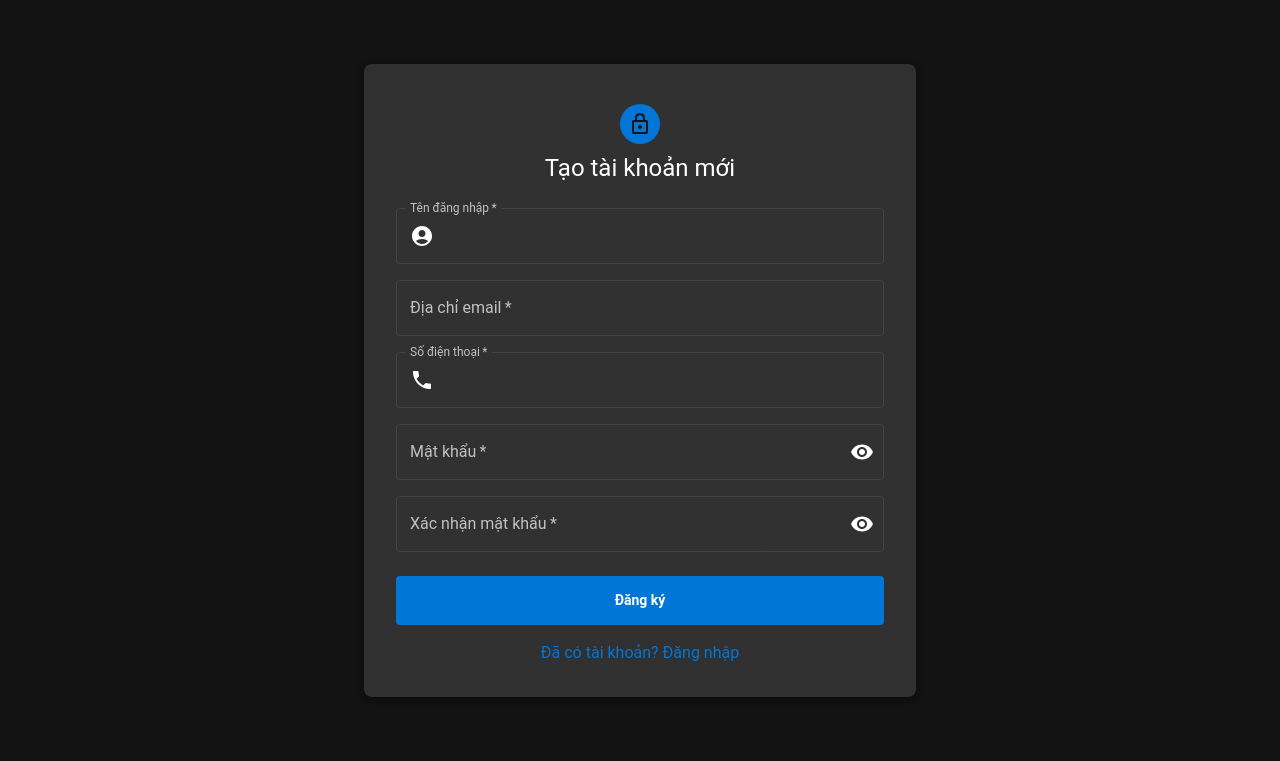
Repository: thtrunghau/ecommerce-ui-dacntt
Page: /auth/register
The author's editor kept a copy of each file at every save. The page is drawn from the files as they stood at one save, then again after the next save.
The browser window is 1280 px wide. The pictures show the whole page.
The project was rebuilt for these pictures with package versions that can differ from the ones it lists, and the page was loaded fresh each time. Also part of the build but not shown: vite.config.ts, src/mockData/mockData.ts, src/utils/helpers.ts, src/components/shared/NavDropdown.tsx, src/components/shared/UserMenu.tsx, src/components/shared/Header.tsx, src/components/common/RoundedButton.tsx, src/components/features/home/HeroSection.tsx and 7 more.

Above is the page before, as saved 2025-06-13 00:19:19.

### src/index.css
@tailwind base;
@tailwind components;
@tailwind utilities;

/* Custom line clamp utilities */
.line-clamp-2 {
  display: -webkit-box;
  -webkit-line-clamp: 2;
  -webkit-box-orient: vertical;
  overflow: hidden;
}

/* Animation utilities */
@keyframes fade-in-up {
  from {
    opacity: 0;
    transform: translateY(20px);
  }
  to {
    opacity: 1;
    transform: translateY(0);
  }
}

.animate-fade-in-up {
  animation: fade-in-up 0.6s ease-out;
}

### src/App.tsx
import { BrowserRouter as Router, Routes, Route } from "react-router-dom";
import Header from "./components/shared/Header";
import Home from "./pages/Home";
import Footer from "./components/shared/Footer";
import { AuthProvider } from "./contexts/AuthContext";
import Register from "./pages/auth/Register";
import Login from "./pages/auth/Login";
import RegisterStandalone from "./pages/auth/RegisterStandalone";
import LoginStandalone from "./pages/auth/LoginStandalone";

export default function App() {
  return (
    <AuthProvider>
      <Router>
        {" "}
        <Routes>
          {" "}
          {/* Auth routes */}
          <Route path="/auth">
            <Route path="register" element={<RegisterStandalone />} />
            <Route path="login" element={<LoginStandalone />} />
          </Route>
          {/* Main layout routes with header/footer */}
          <Route
            path="/*"
            element={
              <div className="flex min-h-screen flex-col">
                <Header />
                <main className="flex-grow pt-24 lg:pt-28">
                  <Routes>
                    <Route path="/" element={<Home />} />
                    <Route path="/register" element={<Register />} />
                    <Route path="/login" element={<Login />} />
                    {/* Add other routes here as needed */}
                  </Routes>
                </main>
                <Footer />
              </div>
            }
          />
        </Routes>
      </Router>
    </AuthProvider>
  );
}

### src/contexts/AuthContext.tsx
import {
  createContext,
  useContext,
  useState,
  type ReactNode,
  useMemo,
} from "react";

interface User {
  id: string;
  username: string;
  email: string;
  phone?: string; // Thêm trường số điện thoại
  name?: string;
  avatar?: string;
}

interface AuthContextType {
  isAuthenticated: boolean;
  user: User | null;
  login: (user: User) => void;
  logout: () => void;
  register: (user: User) => void;
}

const AuthContext = createContext<AuthContextType | undefined>(undefined);

export const AuthProvider = ({ children }: { children: ReactNode }) => {
  const [user, setUser] = useState<User | null>(null);

  // Kiểm tra trạng thái xác thực từ localStorage khi khởi động
  const isAuthenticated = Boolean(user);

  const login = (userData: User) => {
    setUser(userData);
    localStorage.setItem("user", JSON.stringify(userData));
  };

  const logout = () => {
    setUser(null);
    localStorage.removeItem("user");
  };

  const register = (userData: User) => {
    // Trong thực tế, đây là nơi bạn sẽ gọi API đăng ký
    setUser(userData);
    localStorage.setItem("user", JSON.stringify(userData));
  };

  const value = useMemo(
    () => ({
      isAuthenticated,
      user,
      login,
      logout,
      register,
    }),
    [isAuthenticated, user],
  );

  return <AuthContext.Provider value={value}>{children}</AuthContext.Provider>;
};

export const useAuth = () => {
  const context = useContext(AuthContext);
  if (context === undefined) {
    throw new Error("useAuth must be used within an AuthProvider");
  }
  return context;
};

### src/pages/auth/RegisterStandalone.tsx
import React, { useState } from "react";
import { Link, useNavigate } from "react-router-dom";
import {
  Container,
  Box,
  Typography,
  TextField,
  Button,
  Paper,
  Avatar,
  IconButton,
  InputAdornment,
  ThemeProvider,
  createTheme,
  CssBaseline,
  Alert,
} from "@mui/material";
import {
  Visibility,
  VisibilityOff,
  AccountCircle,
  LockOutlined,
  Phone as PhoneIcon,
} from "@mui/icons-material";
import useAuthStore from "../../store/authStore";

const darkTheme = createTheme({
  palette: {
    mode: "dark",
    primary: { main: "#0076d7" },
    secondary: { main: "#30336b" },
    background: { default: "#121212", paper: "#1e1e1e" },
  },
  typography: {
    fontFamily: '"Samsung One", "Roboto", "Helvetica", "Arial", sans-serif',
  },
  components: {
    MuiTextField: {
      styleOverrides: {
        root: {
          "& .MuiOutlinedInput-root": {
            "& fieldset": { borderRadius: "4px", borderColor: "#444" },
            "&:hover fieldset": { borderColor: "#666" },
            "&.Mui-focused fieldset": { borderColor: "#0076d7" },
          },
        },
      },
    },
    MuiButton: {
      styleOverrides: {
        root: {
          borderRadius: "4px",
          textTransform: "none",
          fontWeight: 600,
          boxShadow: "none",
          padding: "12px 24px",
          "&:hover": { boxShadow: "none" },
        },
        contained: {
          backgroundColor: "#0076d7",
          "&:hover": { backgroundColor: "#0067be" },
        },
      },
    },
  },
});

interface FormData {
  username: string;
  email: string;
  phone: string;
  dateOfBirth: string;
  password: string;
  confirmPassword: string;
}

const initialFormData: FormData = {
  username: "",
  email: "",
  phone: "",
  dateOfBirth: "",
  password: "",
  confirmPassword: "",
};

const RegisterStandalone: React.FC = () => {
  const navigate = useNavigate();
  const { register } = useAuthStore();
  const [formData, setFormData] = useState<FormData>(initialFormData);
  const [showPassword, setShowPassword] = useState<boolean>(false);
  const [showConfirmPassword, setShowConfirmPassword] =
    useState<boolean>(false);
  const [errors, setErrors] = useState<Partial<FormData>>({});
  const [formError, setFormError] = useState<string | null>(null);

  const handleChange = (e: React.ChangeEvent<HTMLInputElement>) => {
    const { name, value } = e.target;
    setFormData((prev) => ({ ...prev, [name]: value }));
    if (errors[name as keyof FormData]) {
      setErrors((prev) => ({ ...prev, [name]: undefined }));
    }
    if (formError) setFormError(null);
  };

  const validateForm = (): boolean => {
    const newErrors: Partial<FormData> = {};
    let isValid = true;
    if (!formData.username.trim()) {
      newErrors.username = "Tên đăng nhập là bắt buộc";
      isValid = false;
    } else if (formData.username.length < 3) {
      newErrors.username = "Tên đăng nhập phải có ít nhất 3 ký tự";
      isValid = false;
    }
    if (!formData.email.trim()) {
      newErrors.email = "Email là bắt buộc";
      isValid = false;
    } else {
      const emailRegex = /^[^\s@]+@[^\s@]+\.[^\s@]+$/;
      if (!emailRegex.test(formData.email)) {
        newErrors.email = "Email không hợp lệ";
        isValid = false;
      }
    }
    if (!formData.phone.trim()) {
      newErrors.phone = "Số điện thoại là bắt buộc";
      isValid = false;
    } else {
      const phoneRegex = /^0\d{9}$/;
      if (!phoneRegex.test(formData.phone)) {
        newErrors.phone =
          "Số điện thoại không hợp lệ (phải có 10 số và bắt đầu bằng 0)";
        isValid = false;
      }
    }
    if (!formData.password) {
      newErrors.password = "Mật khẩu là bắt buộc";
      isValid = false;
    } else if (formData.password.length < 6) {
      newErrors.password = "Mật khẩu phải có ít nhất 6 ký tự";
      isValid = false;
    }
    if (formData.password !== formData.confirmPassword) {
      newErrors.confirmPassword = "Mật khẩu xác nhận không khớp";
      isValid = false;
    }
    setErrors(newErrors);
    return isValid;
  };

  const handleSubmit = (e: React.FormEvent<HTMLFormElement>) => {
    e.preventDefault();
    if (validateForm()) {
      try {
        const newUser = {
          id: crypto.randomUUID(),
          username: formData.username,
          email: formData.email,
          phone: formData.phone,
        };
        register(newUser);
        navigate("/");
      } catch (error) {
        setFormError("Đã xảy ra lỗi khi đăng ký. Vui lòng thử lại.");
        console.error("Registration error:", error);
      }
    }
  };

  return (
    <ThemeProvider theme={darkTheme}>
      <CssBaseline />
      <Container component="main" maxWidth="sm" sx={{ mb: 8, mt: 8 }}>
        <Paper
          elevation={3}
          sx={{
            p: 4,
            display: "flex",
            flexDirection: "column",
            alignItems: "center",
            bgcolor: "background.paper",
            borderRadius: 2,
          }}
        >
          <Avatar sx={{ m: 1, bgcolor: "primary.main" }}>
            <LockOutlined />
          </Avatar>
          <Typography component="h1" variant="h5" sx={{ mb: 3 }}>
            Tạo tài khoản mới
          </Typography>
          {formError && (
            <Alert severity="error" sx={{ width: "100%", mb: 2 }}>
              {formError}
            </Alert>
          )}
          <Box component="form" onSubmit={handleSubmit} sx={{ width: "100%" }}>
            <div className="flex flex-col gap-4">
              <TextField
                name="username"
                required
                fullWidth
                id="username"
                label="Tên đăng nhập"
                value={formData.username}
                onChange={handleChange}
                error={Boolean(errors.username)}
                helperText={errors.username}
                InputProps={{
                  startAdornment: (
                    <InputAdornment position="start">
                      <AccountCircle sx={{ color: "action.active" }} />
                    </InputAdornment>
                  ),
                }}
              />
              <TextField
                required
                fullWidth
                id="email"
                label="Địa chỉ email"
                name="email"
                autoComplete="email"
                value={formData.email}
                onChange={handleChange}
                error={Boolean(errors.email)}
                helperText={errors.email}
              />
              <TextField
                required
                fullWidth
                id="phone"
                label="Số điện thoại"
                name="phone"
                autoComplete="tel"
                value={formData.phone}
                onChange={handleChange}
                error={Boolean(errors.phone)}
                helperText={errors.phone}
                InputProps={{
                  startAdornment: (
                    <InputAdornment position="start">
                      <PhoneIcon sx={{ color: "action.active" }} />
                    </InputAdornment>
                  ),
                }}
              />
              <TextField
                required
                fullWidth
                name="password"
                label="Mật khẩu"
                type={showPassword ? "text" : "password"}
                id="password"
                autoComplete="new-password"
                value={formData.password}
                onChange={handleChange}
                error={Boolean(errors.password)}
                helperText={errors.password}
                InputProps={{
                  endAdornment: (
                    <InputAdornment position="end">
                      <IconButton
                        aria-label="toggle password visibility"
                        onClick={() => setShowPassword(!showPassword)}
                        edge="end"
                      >
                        {showPassword ? <VisibilityOff /> : <Visibility />}
                      </IconButton>
                    </InputAdornment>
                  ),
                }}
              />
              <TextField
                required
                fullWidth
                name="confirmPassword"
                label="Xác nhận mật khẩu"
                type={showConfirmPassword ? "text" : "password"}
                id="confirmPassword"
                value={formData.confirmPassword}
                onChange={handleChange}
                error={Boolean(errors.confirmPassword)}
                helperText={errors.confirmPassword}
                InputProps={{
                  endAdornment: (
                    <InputAdornment position="end">
                      <IconButton
                        aria-label="toggle confirm password visibility"
                        onClick={() =>
                          setShowConfirmPassword(!showConfirmPassword)
                        }
                        edge="end"
                      >
                        {showConfirmPassword ? (
                          <VisibilityOff />
                        ) : (
                          <Visibility />
                        )}
                      </IconButton>
                    </InputAdornment>
                  ),
                }}
              />
            </div>
            <Button
              type="submit"
              fullWidth
              variant="contained"
              sx={{ mt: 3, mb: 2 }}
            >
              Đăng ký
            </Button>
            <div className="flex justify-center">
              <Link
                to="/login"
                style={{ color: darkTheme.palette.primary.main }}
              >
                Đã có tài khoản? Đăng nhập
              </Link>
            </div>
          </Box>
        </Paper>
      </Container>
    </ThemeProvider>
  );
};

export default RegisterStandalone;

### src/store/authStore.ts
import { create } from "zustand";

interface User {
  id: string;
  username: string;
  email: string;
  phone?: string; // Thêm trường số điện thoại
  name?: string;
  avatar?: string;
}

interface AuthState {
  isAuthenticated: boolean;
  user: User | null;
  login: (user: User) => void;
  logout: () => void;
  register: (user: User) => void;
}

// Tạo Auth Store với Zustand
const useAuthStore = create<AuthState>((set) => {
  // Kiểm tra user từ localStorage
  const savedUser = localStorage.getItem("user");
  const parsedUser = savedUser ? JSON.parse(savedUser) : null;

  return {
    isAuthenticated: Boolean(parsedUser),
    user: parsedUser,

    login: (user) => {
      localStorage.setItem("user", JSON.stringify(user));
      set({ isAuthenticated: true, user });
    },

    logout: () => {
      localStorage.removeItem("user");
      set({ isAuthenticated: false, user: null });
    },

    register: (user) => {
      localStorage.setItem("user", JSON.stringify(user));
      set({ isAuthenticated: true, user });
    },
  };
});

export default useAuthStore;

### tailwind.config.js
/** @type {import('tailwindcss').Config} */
export default {
  content: ["./index.html", "./src/**/*.{js,ts,jsx,tsx}"],
  theme: {
    extend: {},
  },
  plugins: [],
  corePlugins: {
    lineClamp: true,
  },
};

Loaded but not shown: index.html (common file); src/main.tsx (common file)

After the next save:
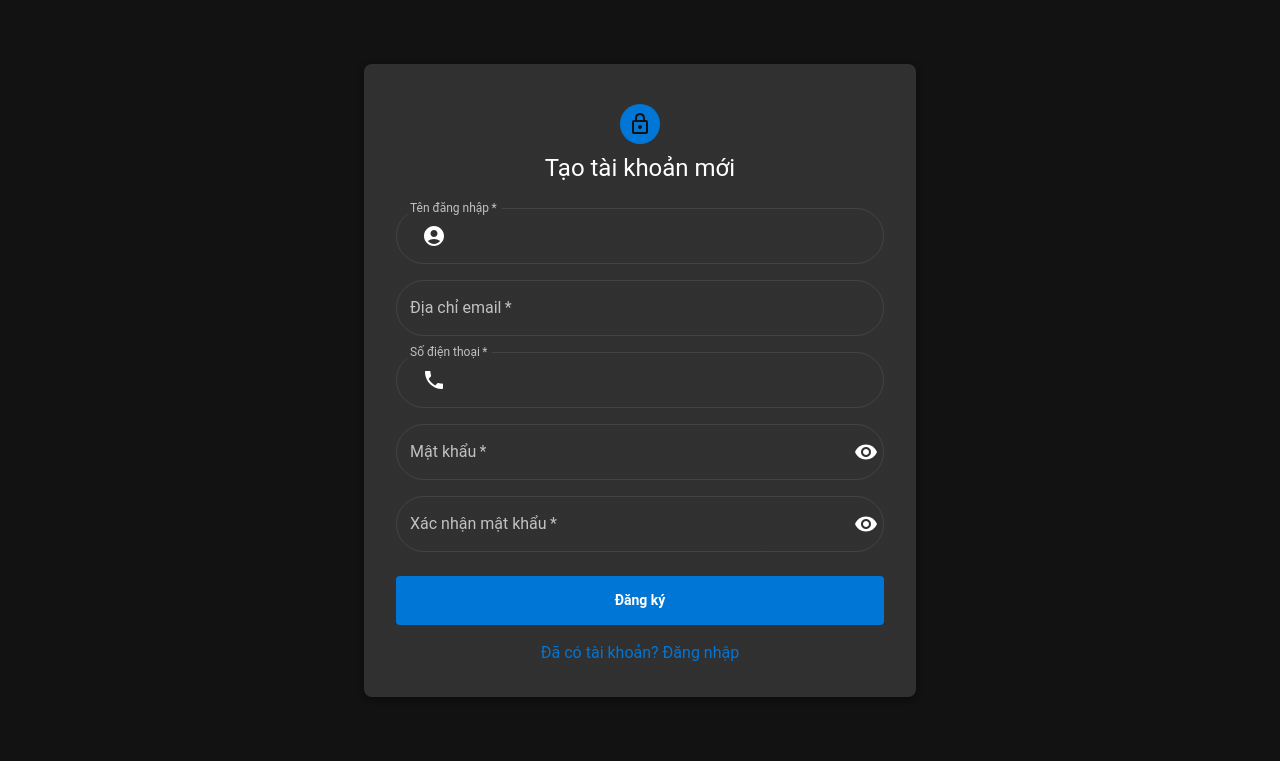
Saved 19 s later.
--- a/src/pages/auth/RegisterStandalone.tsx
+++ b/src/pages/auth/RegisterStandalone.tsx
@@ -33,15 +33,21 @@ const darkTheme = createTheme({
   },
   typography: {
     fontFamily: '"Samsung One", "Roboto", "Helvetica", "Arial", sans-serif',
-  },
-  components: {
+  },  components: {
     MuiTextField: {
       styleOverrides: {
         root: {
           "& .MuiOutlinedInput-root": {
-            "& fieldset": { borderRadius: "4px", borderColor: "#444" },
+            "& fieldset": { borderRadius: "9999px", borderColor: "#444" },
             "&:hover fieldset": { borderColor: "#666" },
             "&.Mui-focused fieldset": { borderColor: "#0076d7" },
+          },
+          "& .MuiInputBase-input": {
+            padding: "16.5px 14px",
+          },
+          "& .MuiInputAdornment-root": {
+            marginLeft: "12px",
+            marginRight: "-4px",
           },
         },
       },
